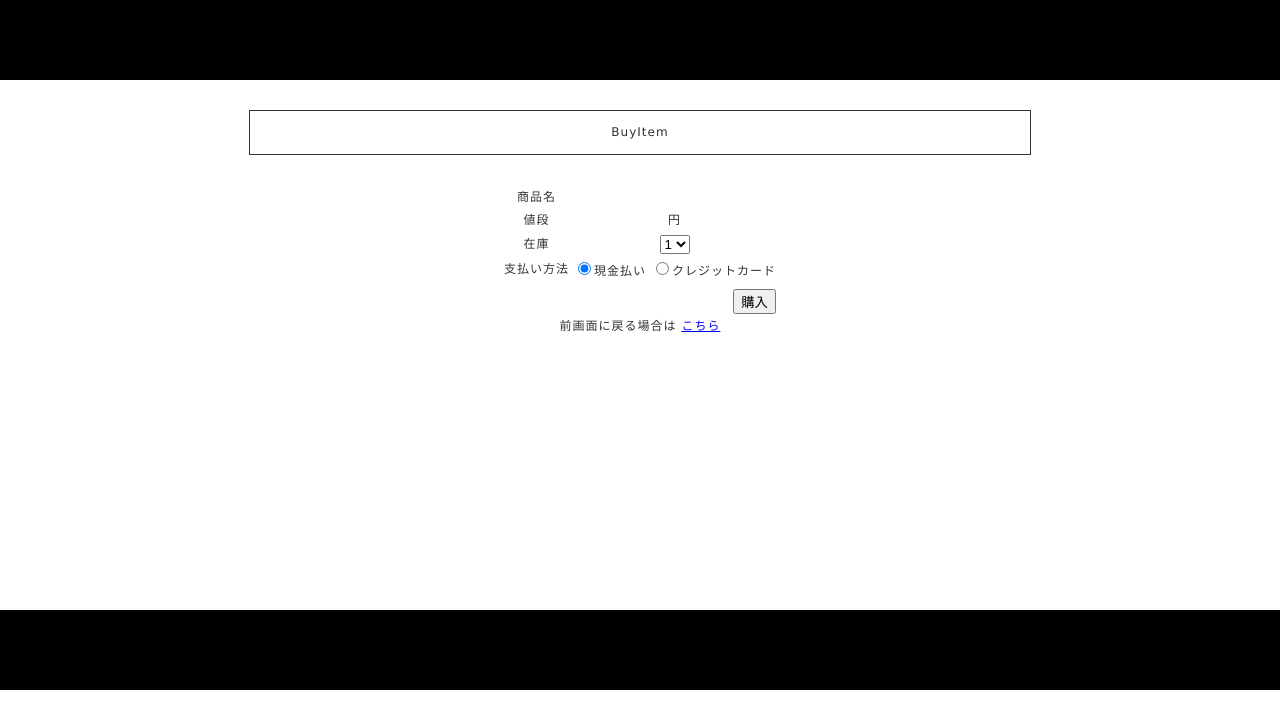
Repository: omochi2213/test
Page: http://localhost/template/myPage.jsp
The author's editor kept a copy of each file at every save. The page is drawn from the files as they stood at one save, then again after the next save.
The browser window is 1280 px wide. The pictures show the whole page.
The page is served by Tomcat 9.

Above is the page before, as saved 2018-09-20 04:09:40.

After the next save:
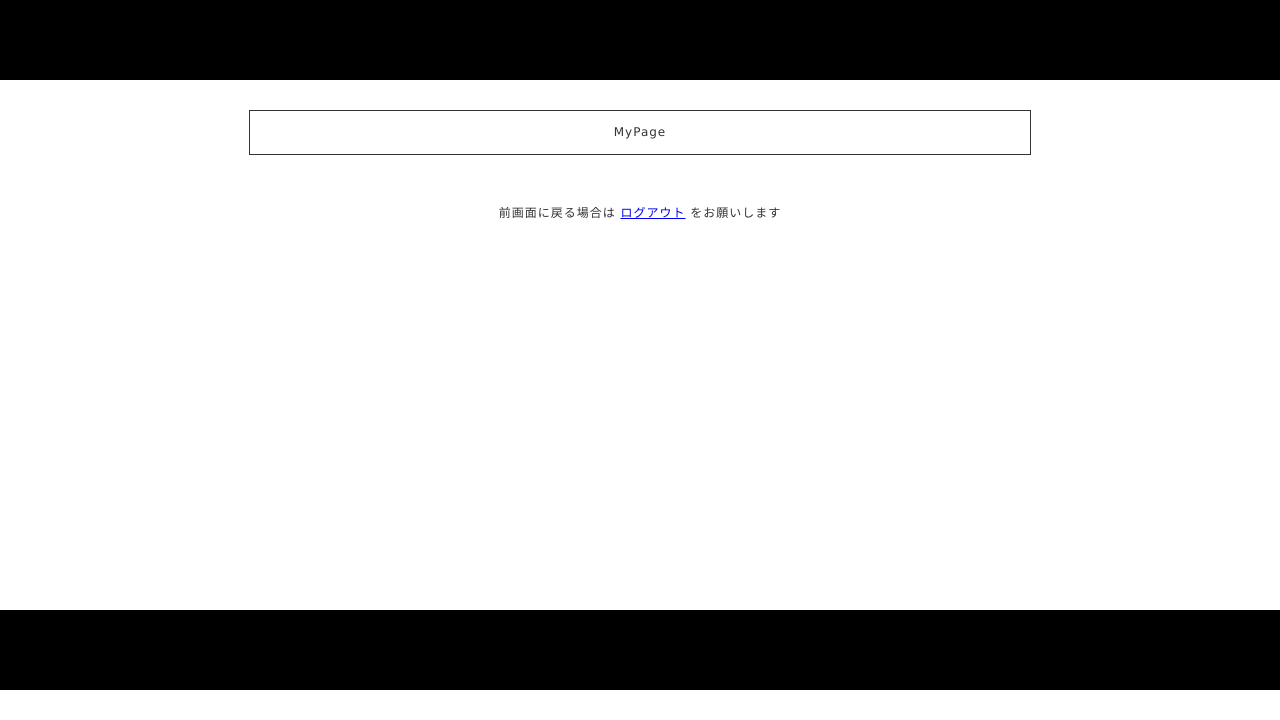
Saved 13 min 53 s later.
--- a/template/WebContent/myPage.jsp
+++ b/template/WebContent/myPage.jsp
@@ -10,7 +10,7 @@
 <meta http-equiv="imagetoolbar" content="no"/>
 <meta name="description" content=""/>
 <meta name="keywords" content=""/>
-<title>buyItem画面</title>
+<title>MyPage画面</title>
 <style type="text/css">
 	body{
     margin:0;
@@ -56,44 +56,44 @@
 	</div>
 	<div id="main">
 		<div id="top">
-			<p>BuyItem</p>
+			<p>MyPage</p>
 		</div>
 		<div>
-			<s:form action="BuyItemAction">
+			<s:if test='session.message==""'>
+				<h3>ご購入情報は以下になります。</h3>
 				<table>
 					<tr>
-						<td><span>商品名</span></td>
+						<td>商品名</td>
 						<td><s:property value="session.buyItem_name"/></td>
 					</tr>
 					<tr>
-						<td><span>値段</span></td>
-						<td><s:property value="session.buyItem_price"/><span>円</span></td>
+						<td>値段</td>
+						<td><s:property value="session.total_price"/>
+						<span>円</span></td>
 					</tr>
 					<tr>
-						<td><span>在庫</span></td>
-						<td>
-							<select name="stock">
-								<option value="1" selected="selected">1</option>
-								<option value="2">2</option>
-								<option value="3">3</option>
-								<option value="4">4</option>
-								<option value="5">5</option>
-							</select>
-						</td>
+						<td>購入個数</td>
+						<td><s:property value="session.total_count"/>
+						<span>個</span></td>
 					</tr>
 					<tr>
-						<td><span>支払い方法</span></td>
-						<td><input type="radio" name="pay" value="1"checked="checked"/>現金払い
-						<input type="radio" name="pay" value="2"/>クレジットカード</td>
-					</tr>
-					<tr>
-						<td><s:submit value="購入"/></td>
+						<td>支払方法</td>
+						<td><s:property value="session.total_paument"/></td>
 					</tr>
 				</table>
-			</s:form>
+				<s:form action="MyPageAction">
+					<input type="hidden" name="deleteflg" value="1">
+					<s:submit value="削除" method="delete"/>
+				</s:form>
+			</s:if>
+			<s:if test='session.message!="null"'>
+				<h3><s:property value="session.message"/></h3>
+			</s:if>
 			<div>
+				<br>
 				<span>前画面に戻る場合は</span>
-				<a href='<s:url action="HomeAction"/>'>こちら</a>
+				<a href='<s:url action="HomeAction"/>'>ログアウト</a>
+				<span>をお願いします</span>
 			</div>
 		</div>
 	</div>
